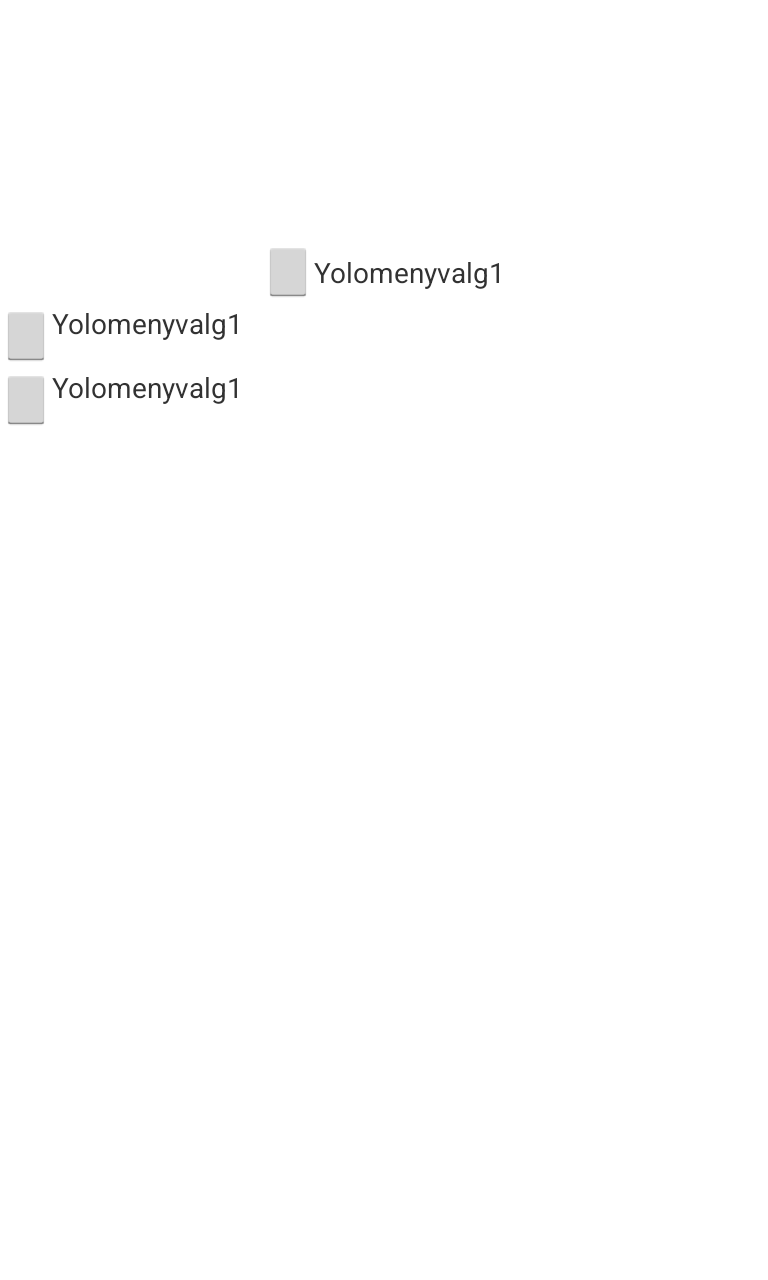
Repository: pumalove/workspace
Layout: MainActivity/res/layout/gridview.xml
These files come from the project's save history. The layout is drawn as it stood at one moment and after the next save; the edit follows.
It is drawn on a 768 x 1280 px phone screen (xhdpi) without system bars, with theme AppTheme; the app's code is not run. Lists and similar views that code fills are empty.

Above is the layout before, as saved 2014-03-12 13:53:38.

### MainActivity/res/layout/gridview.xml
<?xml version="1.0" encoding="utf-8"?>
<LinearLayout xmlns:android="http://schemas.android.com/apk/res/android"
    android:layout_width="match_parent"
    android:layout_height="wrap_content"
    android:orientation="vertical"
    android:layout_marginLeft="15dp"
    android:layout_marginRight="15dp">

    <LinearLayout
        android:layout_marginBottom="20dp"
        android:layout_width="fill_parent"
        android:layout_height="wrap_content">

        <GridView
            android:id="@+id/gridview"
            android:layout_width="fill_parent"
            android:layout_height="100dp"
            android:columnWidth="90dp"
            android:numColumns="auto_fit"
            android:verticalSpacing="10dp"
            android:horizontalSpacing="10dp"
            android:stretchMode="columnWidth"
            android:gravity="center"
            />
	</LinearLayout>


    <LinearLayout
        android:id="@+id/linearlayout2"
        android:layout_width="fill_parent"
        android:layout_height="wrap_content"
        android:layout_gravity="center"
        android:orientation="vertical"
        android:layout_below="@id/gridview">

        <LinearLayout
            android:layout_width="fill_parent"
            android:layout_height="wrap_content"
            android:orientation="horizontal"
            android:gravity="center">

            <ImageButton
                android:layout_width="wrap_content"
                android:layout_height="wrap_content"
                android:id="@+id/imageButton"
                android:layout_gravity="center"
                />

            <TextView
                android:layout_width="wrap_content"
                android:layout_height="wrap_content"
                android:text="Yolomenyvalg1"/>

            </LinearLayout>


        <LinearLayout
            android:layout_width="fill_parent"
            android:layout_height="wrap_content"
            android:orientation="horizontal">

            <ImageButton
                android:layout_width="wrap_content"
                android:layout_height="wrap_content"
                android:id="@+id/imageButton2"
                android:layout_gravity="center"
                />

            <TextView
                android:layout_width="wrap_content"
                android:layout_height="wrap_content"
                android:text="Yolomenyvalg1"/>

        </LinearLayout>

        <LinearLayout
            android:layout_width="fill_parent"
            android:layout_height="wrap_content"
            android:orientation="horizontal">

            <ImageButton
                android:layout_width="wrap_content"
                android:layout_height="wrap_content"
                android:id="@+id/imageButton3"
                android:layout_gravity="center"
                />

            <TextView
                android:layout_width="wrap_content"
                android:layout_height="wrap_content"
                android:text="Yolomenyvalg1"/>

        </LinearLayout>
    </LinearLayout>



</LinearLayout>

Loaded but not shown: MainActivity/res/values/styles.xml (common file); MainActivity/res/values-v11/styles.xml (common file); MainActivity/res/values-v14/styles.xml (common file)

After the next save:
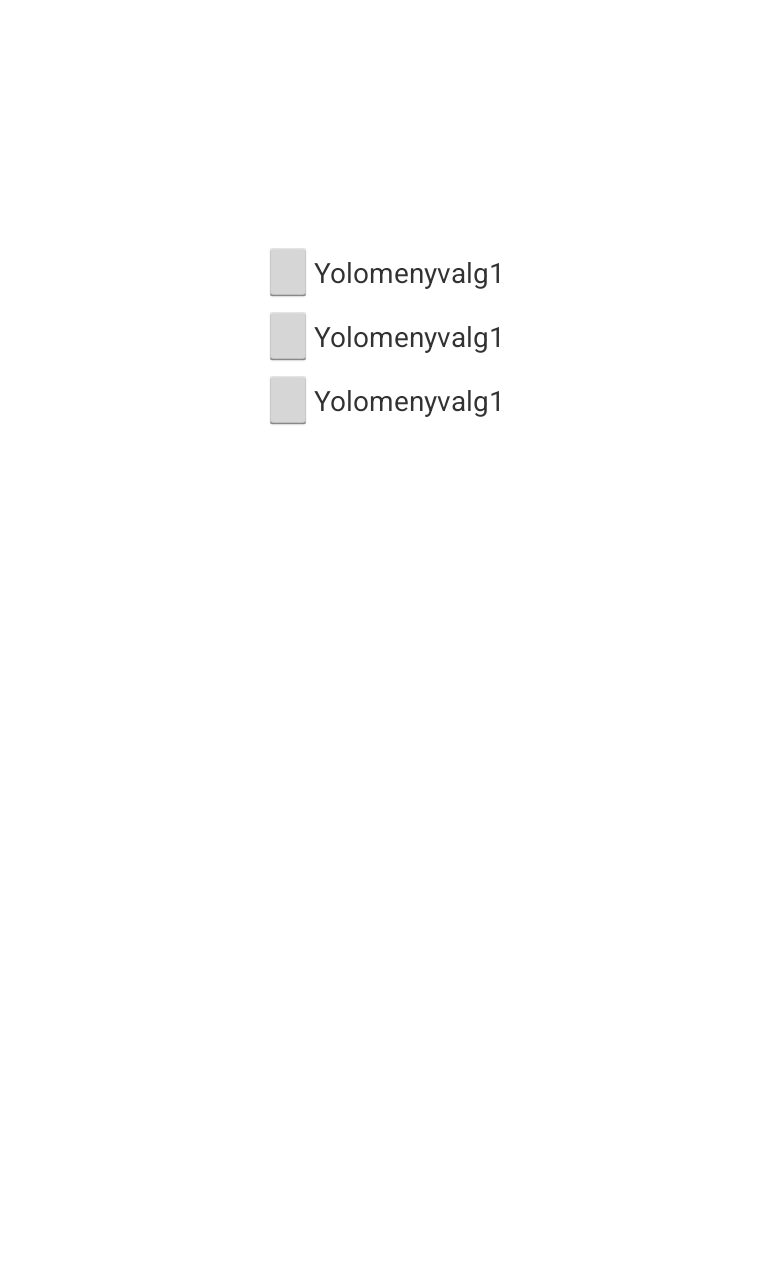
Saved 21 s later.
--- a/MainActivity/res/layout/gridview.xml
+++ b/MainActivity/res/layout/gridview.xml
@@ -57,7 +57,8 @@
         <LinearLayout
             android:layout_width="fill_parent"
             android:layout_height="wrap_content"
-            android:orientation="horizontal">
+            android:orientation="horizontal"
+            android:gravity="center">
 
             <ImageButton
                 android:layout_width="wrap_content"
@@ -76,7 +77,8 @@
         <LinearLayout
             android:layout_width="fill_parent"
             android:layout_height="wrap_content"
-            android:orientation="horizontal">
+            android:orientation="horizontal"
+            android:gravity="center">
 
             <ImageButton
                 android:layout_width="wrap_content"
